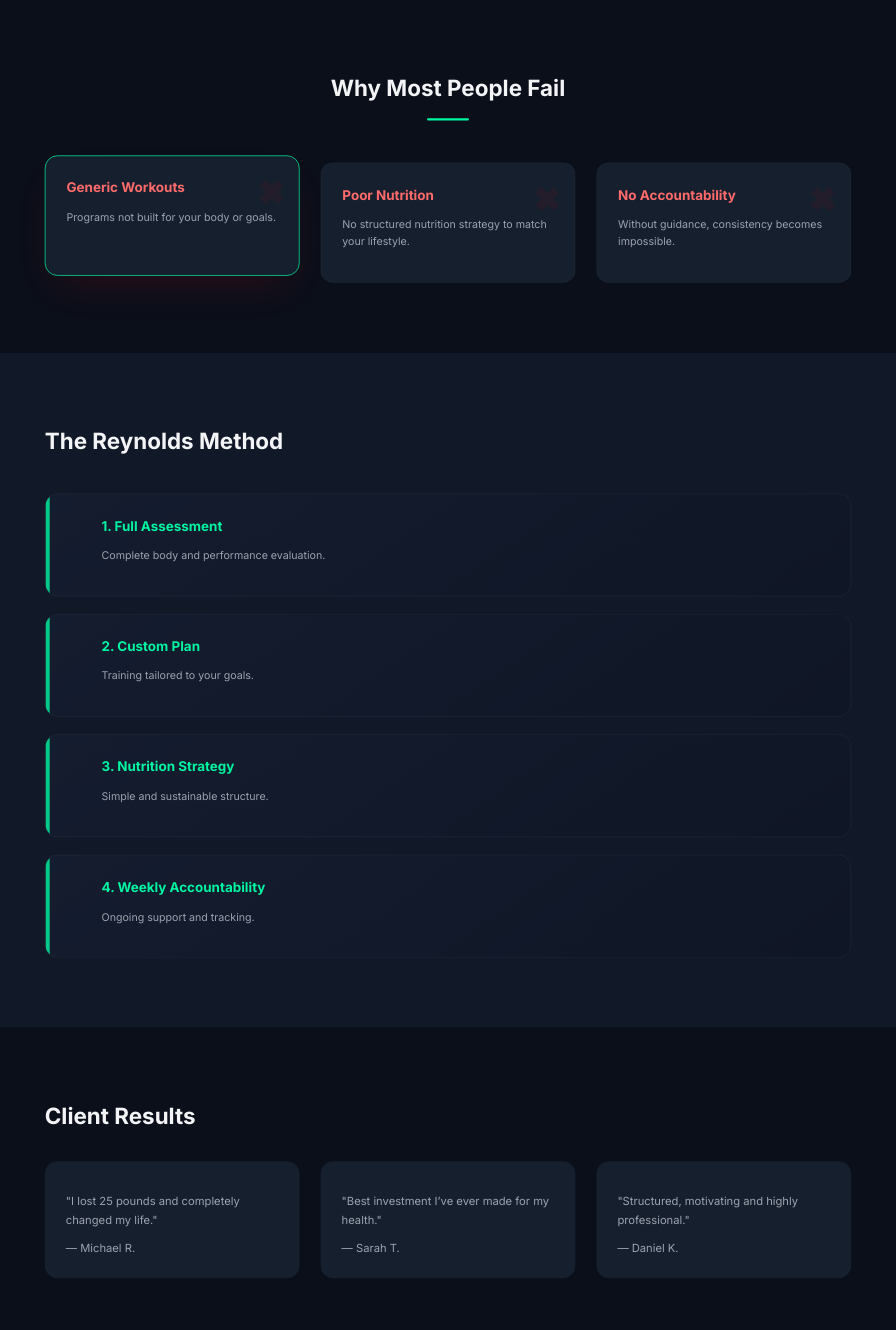
Repository: davidfsillva/Landing-page-pro
Page: index.html
These files come from the project's save history. The page is drawn as it stood at one moment and after the next save; the edit follows.
The browser window is 1280 px wide. The pictures show the part of the page from y = 720 to 2620 px (the page is 3174 px tall), at 70% of full size.
The pointer rests on the first visible `.card`.

Above is the page before, as saved 2026-02-25 19:15:39.

### index.html
<!DOCTYPE html>
<html lang="en">
<head>
    <!-- ================= BASIC META ================= -->
    <meta charset="UTF-8">
    <meta name="viewport" content="width=device-width, initial-scale=1.0, maximum-scale=5.0">
    <meta name="robots" content="index, follow">
    <link rel="canonical" href="https://www.davidperformance.com">

    <!-- ================= SEO ================= -->
    <title>David Performance | Elite Personal Trainer</title>
    <meta name="description" content="Elite personal training focused on fat loss, muscle building and peak performance. Customized programs, strategic nutrition and real accountability. Book your free fitness consultation today.">

    <!-- ================= OPEN GRAPH ================= -->
    <meta property="og:title" content="David Performance | Transform Your Body in 90 Days">
    <meta property="og:description" content="Personalized training programs with proven results. Limited spots available.">
    <meta property="og:type" content="website">
    <meta property="og:image" content="https://placehold.co/1200x630/0B1020/00FF99?text=DAVID+PERFORMANCE">
    <meta property="og:url" content="https://www.davidperformance.com">
    <meta name="twitter:card" content="summary_large_image">

    <!-- ================= FONTS ================= -->
    <link rel="preconnect" href="https://fonts.googleapis.com">
    <link href="https://fonts.googleapis.com/css2?family=Inter:wght@300;400;600;700;800&display=swap" rel="stylesheet">

    <!-- Icons -->
    <link rel="stylesheet" href="https://cdnjs.cloudflare.com/ajax/libs/font-awesome/6.0.0-beta3/css/all.min.css">

    <!-- CSS -->
    <link rel="stylesheet" href="style.css">

    <!-- ================= PIXEL / TRACKING ================= -->
    <!-- Add Meta Pixel or Google Tag Manager here -->
</head>

<body>

<header class="header">
  <div class="container header-flex">
      <div class="logo">LUCAS REYNOLDS</div>

      <button class="menu-toggle" id="menuToggle">☰</button>

      <nav class="nav" id="nav">
        <a href="#home">Home</a>
        <a href="#about">About</a>
        <a href="#method">Method</a>
        <a href="#results">Results</a>
      </nav>
  </div>
</header>

<main>

<!-- HERO -->
<section id="home" class="hero">
    <div class="hero-overlay"></div>

    <div class="container hero-grid">

        <div class="hero-content">
            <div class="hero-badge">
                Trusted by 320+ Clients
            </div>

            <h1>
                TRANSFORM YOUR BODY IN
                <span>90 DAYS</span>
                OR LESS
            </h1>

            <p>
                Elite personal coaching focused on fat loss, muscle growth and peak performance.
                No generic workouts. Just real strategy and real accountability.
            </p>

            <div class="hero-buttons">
                <a href="#contact" class="btn btn-primary">
                    Book Free Consultation
                </a>
            </div>

            <div class="hero-proof">
                <div>
                    <strong>320+</strong>
                    <small>Transformations</small>
                </div>

                <div>
                    <strong>8+ Years</strong>
                    <small>Experience</small>
                </div>
            </div>
        </div>

    </div>
</section>

<!-- ABOUT -->
<section id="about" class="section">
    <div class="container">
        <h2>Why Most People Fail</h2>

        <div class="grid-3">

            <div class="card">
                <h3>Generic Workouts</h3>
                <p>Programs not built for your body or goals.</p>
            </div>

            <div class="card">
                <h3>Poor Nutrition</h3>
                <p>No structured nutrition strategy to match your lifestyle.</p>
            </div>

            <div class="card">
                <h3>No Accountability</h3>
                <p>Without guidance, consistency becomes impossible.</p>
            </div>

        </div>
    </div>
</section>

<!-- METHOD -->
<section id="method" class="section section-dark">
    <div class="container">
        <h2>The Reynolds Method</h2>

        <div class="method-list">
            <div class="method-item">
                <strong>1. Full Assessment</strong>
                <p>Complete body and performance evaluation.</p>
            </div>

            <div class="method-item">
                <strong>2. Custom Plan</strong>
                <p>Training tailored to your goals.</p>
            </div>

            <div class="method-item">
                <strong>3. Nutrition Strategy</strong>
                <p>Simple and sustainable structure.</p>
            </div>

            <div class="method-item">
                <strong>4. Weekly Accountability</strong>
                <p>Ongoing support and tracking.</p>
            </div>
        </div>
    </div>
</section>

<!-- RESULTS -->
<section id="results" class="section">
    <div class="container">
        <h2>Client Results</h2>

        <div class="grid-3">

            <div class="testimonial">
                <p>"I lost 25 pounds and completely changed my life."</p>
                <span>— Michael R.</span>
            </div>

            <div class="testimonial">
                <p>"Best investment I’ve ever made for my health."</p>
                <span>— Sarah T.</span>
            </div>

            <div class="testimonial">
                <p>"Structured, motivating and highly professional."</p>
                <span>— Daniel K.</span>
            </div>

        </div>
    </div>
</section>

<!-- CONTACT -->
<section id="contact" class="section cta">
    <div class="container">
        <h2>Book Your Free Consultation</h2>

        <form class="form">
            <input type="text" placeholder="Full Name" required>
            <input type="email" placeholder="Email Address" required>
            <input type="tel" placeholder="Phone Number" required>

            <button type="submit" class="btn btn-primary">
                Schedule Now
            </button>
        </form>
    </div>
</section>

</main>

<footer class="footer">
    <div class="container">
        <p>© 2026 Lucas Reynolds Performance. All rights reserved.</p>
    </div>
</footer>

<script src="script.js"></script>
</body>
</html>

### style.css
* {
    margin: 0;
    padding: 0;
    box-sizing: border-box;
}

:root {
    --bg: #0B0F1A;
    --bg-dark: #111827;
    --card: #161F2E;

    --text: #F3F4F6;
    --muted: #9CA3AF;

    --accent: #00F5A0;

    --radius: 18px;
}

body {
    font-family: 'Inter', sans-serif;
    background: var(--bg);
    color: var(--muted);
    line-height: 1.6;
}

.container {
    width: 90%;
    max-width: 1200px;
    margin: auto;
}

.section {
    padding: 100px 0;
}

.section-dark {
    background: var(--bg-dark);
}

h1, h2, h3 {
    color: var(--text);
}

h1 {
    font-size: clamp(2.5rem, 5vw, 4rem);
    line-height: 1.1;
}

h1 span {
    color: var(--accent);
}

h2 {
    font-size: 2rem;
    margin-bottom: 40px;
}

p {
    margin: 15px 0;
}

.btn {
    display: inline-block;
    padding: 15px 35px;
    border-radius: 50px;
    font-weight: 600;
    text-decoration: none;
    transition: 0.3s ease;
}

.btn-primary {
    background: var(--accent);
    color: #000;
}

.btn-primary:hover {
    transform: translateY(-3px);
}

/* HEADER */
.header {
    position: fixed;
    width: 100%;
    background: rgba(11,15,26,0.9);
    backdrop-filter: blur(8px);
    padding: 20px 0;
    z-index: 1000;
}

.header-flex {
    display: flex;
    justify-content: space-between;
    align-items: center;
}

.logo {
    font-weight: 800;
    color: var(--accent);
}

.nav {
    display: flex;
    gap: 30px;
}

.nav a {
    color: var(--muted);
    text-decoration: none;
}

.nav a:hover {
    color: var(--accent);
}

.menu-toggle {
    display: none;
    background: none;
    border: none;
    color: var(--accent);
    font-size: 1.5rem;
}

/* HERO */
.hero {
    height: 100vh;
    display: flex;
    align-items: center;
    background: url('img/pexels-ardit-mbrati-216809103-18187618.jpg') center right/cover no-repeat;
    position: relative;
    padding-top: 80px;
}

.hero-overlay {
    position: absolute;
    inset: 0;
    background: linear-gradient(270deg, rgba(11, 15, 26, 0.116), rgb(11, 15, 26));
}

.hero-grid {
    position: relative;
}

.hero-content {
    max-width: 600px;
}

.hero-badge {
    background: rgba(0,245,160,0.1);
    color: var(--accent);
    padding: 8px 16px;
    border-radius: 50px;
    display: inline-block;
    margin-bottom: 20px;
}

.hero-proof {
    display: flex;
    gap: 40px;
    margin-top: 30px;
}

.hero-proof strong {
    color: var(--accent);
    font-size: 1.5rem;
    display: block;
}

/* ===============================
   ABOUT SECTION UPGRADE
=================================*/

#about {
    text-align: center;
}

#about h2 {
    margin-bottom: 60px;
    position: relative;
}

#about h2::after {
    content: "";
    width: 60px;
    height: 3px;
    background: var(--accent);
    display: block;
    margin: 18px auto 0;
    border-radius: 3px;
}

/* GRID */
.grid-3 {
    display: grid;
    gap: 35px;
}

/* CARD ESTILO PROBLEMA */
.card {
    position: relative;
    background: linear-gradient(145deg, #121A2B, #0E1524);
    padding: 40px 30px;
    border-radius: 20px;
    border: 1px solid rgba(255,255,255,0.04);
    transition: 0.35s ease;
    text-align: left;
    overflow: hidden;
}

/* Número grande no fundo */
.card::before {
    content: "✖";
    position: absolute;
    top: 15px;
    right: 20px;
    font-size: 3rem;
    color: rgba(255, 0, 0, 0.06);
    font-weight: 900;
}

/* Hover mais forte */
.card:hover {
    transform: translateY(-10px);
    border-color: var(--accent);
    box-shadow: 0 25px 60px -20px rgba(255,0,0,0.15);
}

.card h3 {
    color: #ff6b6b;
    font-size: 1.2rem;
    margin-bottom: 15px;
}

.card p {
    font-size: 0.95rem;
    color: var(--muted);
    line-height: 1.6;
}



/* ===============================
   METHOD SECTION IMPROVED
=================================*/

.method-list {
    display: grid;
    gap: 30px;
    margin-top: 50px;
}

.method-item {
    position: relative;
    background: linear-gradient(145deg, #141C2F, #0F1625);
    padding: 30px 35px 30px 80px;
    border-radius: 18px;
    border: 1px solid rgba(255,255,255,0.05);
    transition: 0.35s ease;
    overflow: hidden;
}

/* Linha lateral de destaque */
.method-item::before {
    content: "";
    position: absolute;
    left: 0;
    top: 0;
    height: 100%;
    width: 6px;
    background: var(--accent);
    opacity: 0.8;
}

/* Número grande no fundo */
.method-item::after {
    content: attr(data-step);
    position: absolute;
    right: 25px;
    top: 20px;
    font-size: 4rem;
    font-weight: 800;
    color: rgba(255,255,255,0.04);
}

/* Hover sofisticado */
.method-item:hover {
    transform: translateY(-8px);
    border-color: var(--accent);
    box-shadow: 0 20px 50px -15px rgba(0,245,160,0.25);
}

.method-item strong {
    display: block;
    font-size: 1.2rem;
    color: var(--text);
    margin-bottom: 10px;
}

.method-item p {
    font-size: 0.95rem;
    color: var(--muted);
    max-width: 500px;
}



/* CARDS */
.grid-3 {
    display: grid;
    gap: 30px;
}

.card, .testimonial {
    background: var(--card);
    padding: 30px;
    border-radius: var(--radius);
}

.method-list {
    display: grid;
    gap: 25px;
}

.method-item strong {
    color: var(--accent);
}

/* FORM */
.form {
    display: grid;
    gap: 20px;
    max-width: 500px;
}

.form input {
    padding: 15px;
    border-radius: 10px;
    border: none;
}

/* ===============================
   CTA CLEAN HIGH-END
=================================*/

.cta {
    background: #0E1428;
    padding: 120px 0;
    text-align: center;
    border-top: 1px solid rgba(255,255,255,0.05);
    border-bottom: 1px solid rgba(255,255,255,0.05);
}

.cta h2 {
    font-size: clamp(2rem, 4vw, 2.6rem);
    margin-bottom: 20px;
}

.cta p {
    max-width: 600px;
    margin: 0 auto 50px auto;
    font-size: 1rem;
    color: var(--muted);
}

/* FORM INLINE PREMIUM */
.form {
    max-width: 900px;
    margin: 0 auto;
    display: grid;
    grid-template-columns: repeat(4, 1fr);
    gap: 15px;
}

/* INPUTS */
.form input {
    padding: 16px 18px;
    border-radius: 12px;
    border: 1px solid rgba(255,255,255,0.08);
    background: #111827;
    color: var(--text);
    font-size: 0.95rem;
    transition: 0.3s ease;
}

.form input::placeholder {
    color: rgba(255,255,255,0.4);
}

.form input:focus {
    border-color: var(--accent);
    box-shadow: 0 0 0 3px rgba(0,245,160,0.12);
    outline: none;
}

/* BOTÃO */
.form button {
    border-radius: 12px;
    font-weight: 700;
}

/* RESPONSIVO */
@media (max-width: 900px) {
    .form {
        grid-template-columns: 1fr;
    }
}

/* FOOTER */
.footer {
    padding: 40px 0;
    text-align: center;
    background: #05070E;
}

/* RESPONSIVE */
@media (min-width: 768px) {
    .grid-3 {
        grid-template-columns: repeat(3, 1fr);
    }
}

@media (max-width: 768px) {
    .nav {
        display: none;
        flex-direction: column;
        background: var(--bg-dark);
        position: absolute;
        top: 70px;
        right: 0;
        padding: 20px;
    }

    .nav.active {
        display: flex;
    }

    .menu-toggle {
        display: block;
    }

    .hero-proof {
        flex-direction: column;
    }


    .method-list {
        grid-template-columns: repeat(2, 1fr);
    }

    .grid-3 {
        grid-template-columns: repeat(3, 1fr);
    }
}

### script.js
(function () {
  "use strict";

  /* =====================================================
     1. MENU RESPONSIVO COM ACESSIBILIDADE
  ===================================================== */
  const menuToggle = document.getElementById("menuToggle");
  const navMenu = document.getElementById("navMenu");

  if (menuToggle && navMenu) {
    menuToggle.addEventListener("click", () => {
      const isActive = navMenu.classList.toggle("active");

      // Atualiza aria-expanded para acessibilidade
      menuToggle.setAttribute("aria-expanded", isActive);

      // Impede scroll do body quando menu aberto
      document.body.style.overflow = isActive ? "hidden" : "auto";
    });

    // Fecha menu ao clicar em link
    document.querySelectorAll(".nav-menu a").forEach(link => {
      link.addEventListener("click", () => {
        navMenu.classList.remove("active");
        menuToggle.setAttribute("aria-expanded", "false");
        document.body.style.overflow = "auto";
      });
    });
  }

  /* =====================================================
     2. SCROLL SUAVE COM OFFSET DO HEADER
  ===================================================== */
  const header = document.querySelector("header");

  document.querySelectorAll('a[href^="#"]').forEach(anchor => {
    anchor.addEventListener("click", function (e) {
      const targetId = this.getAttribute("href");
      if (targetId === "#") return;

      const target = document.querySelector(targetId);
      if (!target) return;

      e.preventDefault();

      const headerHeight = header ? header.offsetHeight : 0;
      const elementPosition = target.getBoundingClientRect().top + window.scrollY;
      const offsetPosition = elementPosition - headerHeight - 10;

      window.scrollTo({
        top: offsetPosition,
        behavior: "smooth"
      });
    });
  });

  /* =====================================================
     3. REVEAL ON SCROLL (OTIMIZADO)
  ===================================================== */
  const reveals = document.querySelectorAll(".reveal");

  if ("IntersectionObserver" in window) {
    const revealObserver = new IntersectionObserver((entries, observer) => {
      entries.forEach(entry => {
        if (entry.isIntersecting) {
          entry.target.classList.add("active");
          observer.unobserve(entry.target);
        }
      });
    }, {
      threshold: 0.15,
      rootMargin: "0px 0px -40px 0px"
    });

    reveals.forEach(el => revealObserver.observe(el));
  } else {
    // Fallback simples
    reveals.forEach(el => el.classList.add("active"));
  }

  /* =====================================================
     4. CONTADOR ANIMADO
  ===================================================== */
  const counter = document.querySelector(".counter-number");

  if (counter) {
    const target = parseInt(counter.dataset.target, 10);
    let current = 0;
    const duration = 1500;
    const startTime = performance.now();

    const animateCounter = (timestamp) => {
      const progress = Math.min((timestamp - startTime) / duration, 1);
      current = Math.floor(progress * target);
      counter.textContent = current.toLocaleString("pt-BR");

      if (progress < 1) {
        requestAnimationFrame(animateCounter);
      } else {
        counter.textContent = target.toLocaleString("pt-BR");
      }
    };

    const counterObserver = new IntersectionObserver(entries => {
      if (entries[0].isIntersecting) {
        requestAnimationFrame(animateCounter);
        counterObserver.disconnect();
      }
    }, { threshold: 0.6 });

    counterObserver.observe(counter);
  }

  /* =====================================================
     5. VALIDAÇÃO AVANÇADA + REDIRECIONAMENTO WHATSAPP
  ===================================================== */
  const form = document.getElementById("leadForm");
  const feedback = document.getElementById("formFeedback");

  if (form && feedback) {
    form.addEventListener("submit", function (e) {
      e.preventDefault();

      const nome = document.getElementById("nome").value.trim();
      const email = document.getElementById("email").value.trim();
      const telefone = document.getElementById("telefone").value.trim();
      const telDigits = telefone.replace(/\D/g, "");

      // Reset visual
      feedback.style.color = "#ff4d4d";
      feedback.textContent = "";

      /* ===== Validações ===== */

      if (nome.length < 5 || !/\s/.test(nome)) {
        feedback.textContent = "Digite nome e sobrenome corretamente.";
        return;
      }

      const emailRegex = /^[^\s@]+@[^\s@]+\.[^\s@]+$/;
      if (!emailRegex.test(email)) {
        feedback.textContent = "Digite um e-mail válido.";
        return;
      }

      if (telDigits.length < 10 || telDigits.length > 11) {
        feedback.textContent = "WhatsApp inválido. Use DDD + número.";
        return;
      }

      /* ===== Sucesso ===== */
      feedback.style.color = "#00FF99";
      feedback.textContent = "Redirecionando para o WhatsApp...";

      /* ===== Disparo de Pixel ===== */

      // Meta Pixel
      if (typeof fbq === "function") {
        fbq("track", "Lead");
      }

      // Google Ads (exemplo)
      if (typeof gtag === "function") {
        gtag("event", "conversion", {
          event_category: "Lead",
          event_label: "Form Landing"
        });
      }

      /* ===== Redirecionamento WhatsApp ===== */

      const numeroPersonal = "5511999999999"; // ⚠️ ALTERE AQUI
      const mensagem = encodeURIComponent(
        `Olá! Me chamo ${nome}.\nQuero agendar minha avaliação gratuita.\nE-mail: ${email}`
      );

      setTimeout(() => {
        window.location.href = `https://wa.me/${numeroPersonal}?text=${mensagem}`;
      }, 1200);
    });
  }

})();

After the next save:
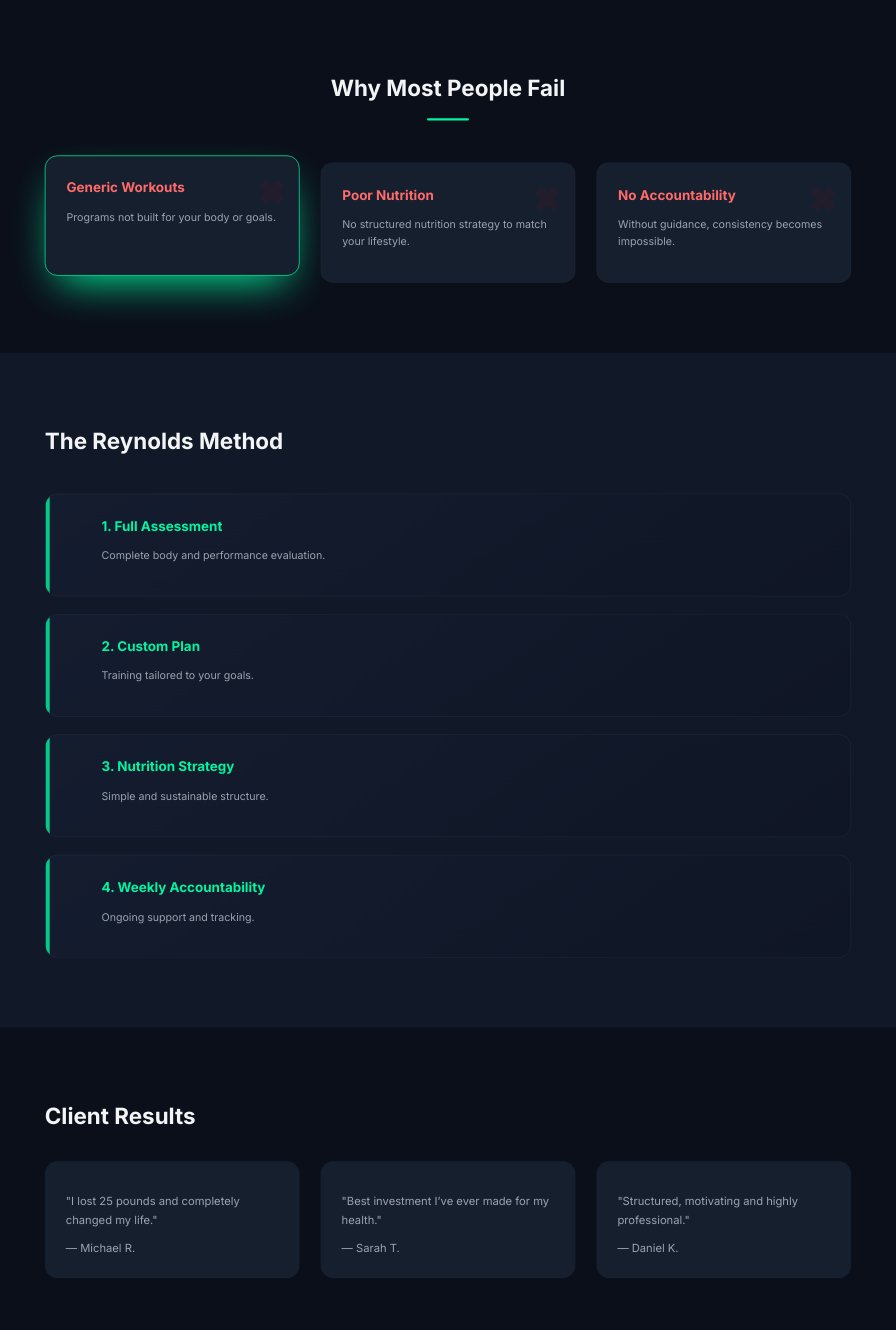
Saved 7 s later.
--- a/style.css
+++ b/style.css
@@ -222,7 +222,7 @@ p {
 .card:hover {
     transform: translateY(-10px);
     border-color: var(--accent);
-    box-shadow: 0 25px 60px -20px rgba(255,0,0,0.15);
+    box-shadow: 0 25px 60px -20px var(--accent);
 }
 
 .card h3 {
